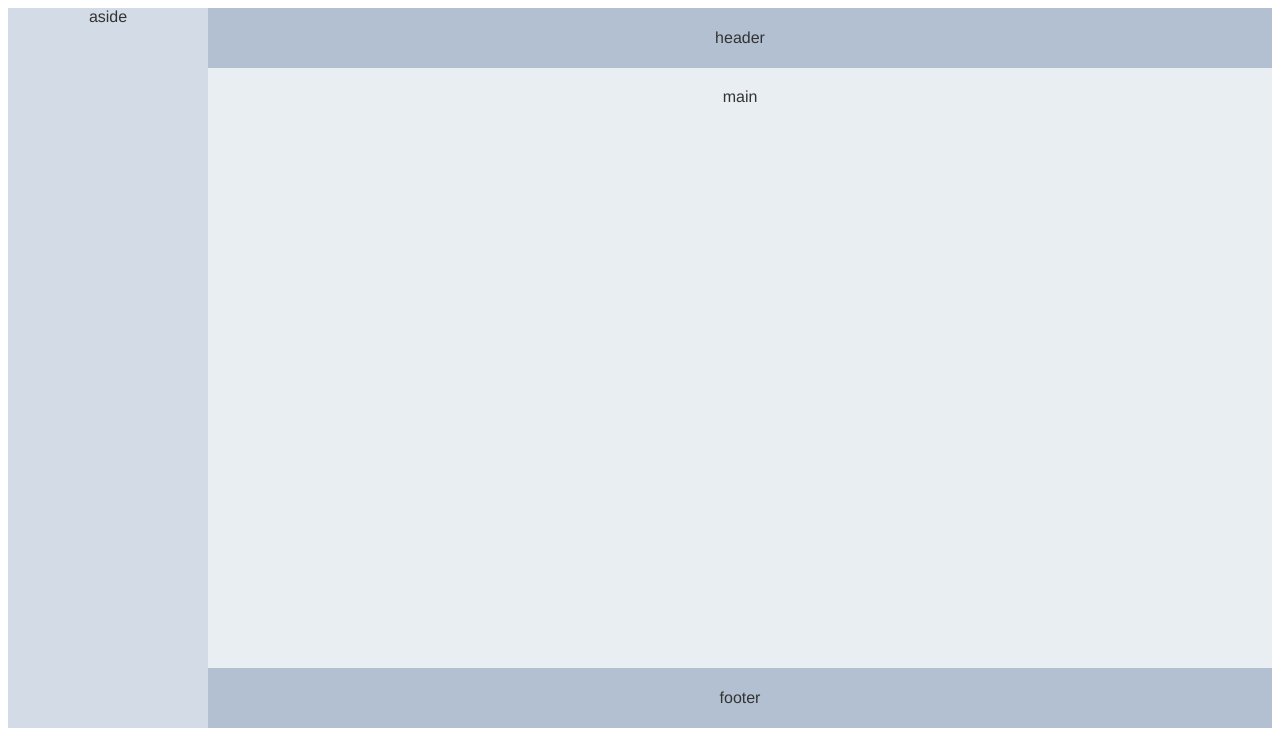
Repository: lagezhou888/element-vue2
Page: /#/button
An editor plug-in stored every save of this project. The page is shown before and after the next save, followed by the edit.
The browser window is 1280 px wide. The pictures show the whole page.
The project was rebuilt for these pictures with package versions that can differ from the ones it lists, and the page was loaded fresh each time. Also part of the build but not shown: src/components/HelloWorld.vue, src/views/Home.vue.

Above is the page before, as saved 2021-05-13 15:31:26.

### src/main.js
import Vue from 'vue'
import ElementUI from 'element-ui'
import 'element-ui/lib/theme-chalk/index.css'
import App from './App.vue'

// fade/zoom 等
import 'element-ui/lib/theme-chalk/base.css'
// collapse 展开折叠
import CollapseTransition from 'element-ui/lib/transitions/collapse-transition'

import router from './router'
import store from './store'
import '@/plugins/element.js'

Vue.component(CollapseTransition.name, CollapseTransition)
Vue.use(ElementUI, { size: 'small', zIndex: 3000 })
Vue.use(ElementUI)
Vue.config.productionTip = false

new Vue({
  router,
  store,
  render: h => h(App)
}).$mount('#app')

### src/App.vue
<template>
  <div id="app">
    <!-- <div id="nav">
      <router-link to="/">Home</router-link> |
      <router-link to="/about">About</router-link>
    </div> -->
    <router-view/>
  </div>
</template>

<style lang="less">
#app {
  font-family: Avenir, Helvetica, Arial, sans-serif;
  -webkit-font-smoothing: antialiased;
  -moz-osx-font-smoothing: grayscale;
  text-align: center;
  color: #2c3e50;
}

// #nav {
//   padding: 30px;

//   a {
//     font-weight: bold;
//     color: #2c3e50;

//     &.router-link-exact-active {
//       color: #42b983;
//     }
//   }
// }
</style>

### src/router/index.js
import Vue from 'vue'
import VueRouter from 'vue-router'
import Home from '../views/Home.vue'

Vue.use(VueRouter)

const routes = [
  {
    path: '/',
    name: 'Home',
    component: Home
  },
  {
    path: '/about',
    name: 'About',
    // route level code-splitting
    // this generates a separate chunk (about.[hash].js) for this route
    // which is lazy-loaded when the route is visited.
    component: () => import(/* webpackChunkName: "about" */ '../views/About.vue')
  },
  {
    path: '/button',
    name: 'button',
    component: () => import('../views/components/use-button.vue')
  }
]

const router = new VueRouter({
  routes
})

export default router

### src/plugins/element.js
import Vue from 'vue'
import {
  Pagination,
  Dialog,
  Autocomplete,
  Dropdown,
  DropdownMenu,
  DropdownItem,
  Menu,
  Submenu,
  MenuItem,
  MenuItemGroup,
  Input,
  InputNumber,
  Radio,
  RadioGroup,
  RadioButton,
  Checkbox,
  CheckboxButton,
  CheckboxGroup,
  Switch,
  Select,
  Option,
  OptionGroup,
  Button,
  ButtonGroup,
  Table,
  TableColumn,
  DatePicker,
  TimeSelect,
  TimePicker,
  Popover,
  Tooltip,
  Breadcrumb,
  BreadcrumbItem,
  Form,
  FormItem,
  Tabs,
  TabPane,
  Tag,
  Tree,
  Alert,
  Slider,
  Icon,
  Row,
  Col,
  Upload,
  Progress,
  Spinner,
  Badge,
  Card,
  Rate,
  Steps,
  Step,
  Carousel,
  CarouselItem,
  Collapse,
  CollapseItem,
  Cascader,
  ColorPicker,
  Transfer,
  Container,
  Header,
  Aside,
  Main,
  Footer,
  Timeline,
  TimelineItem,
  Link,
  Divider,
  Image,
  Calendar,
  Backtop,
  PageHeader,
  CascaderPanel,
  Loading,
  MessageBox,
  Message,
  Notification
} from 'element-ui'

Vue.use(Pagination)
Vue.use(Dialog)
Vue.use(Autocomplete)
Vue.use(Dropdown)
Vue.use(DropdownMenu)
Vue.use(DropdownItem)
Vue.use(Menu)
Vue.use(Submenu)
Vue.use(MenuItem)
Vue.use(MenuItemGroup)
Vue.use(Input)
Vue.use(InputNumber)
Vue.use(Radio)
Vue.use(RadioGroup)
Vue.use(RadioButton)
Vue.use(Checkbox)
Vue.use(CheckboxButton)
Vue.use(CheckboxGroup)
Vue.use(Switch)
Vue.use(Select)
Vue.use(Option)
Vue.use(OptionGroup)
Vue.use(Button)
Vue.use(ButtonGroup)
Vue.use(Table)
Vue.use(TableColumn)
Vue.use(DatePicker)
Vue.use(TimeSelect)
Vue.use(TimePicker)
Vue.use(Popover)
Vue.use(Tooltip)
Vue.use(Breadcrumb)
Vue.use(BreadcrumbItem)
Vue.use(Form)
Vue.use(FormItem)
Vue.use(Tabs)
Vue.use(TabPane)
Vue.use(Tag)
Vue.use(Tree)
Vue.use(Alert)
Vue.use(Slider)
Vue.use(Icon)
Vue.use(Row)
Vue.use(Col)
Vue.use(Upload)
Vue.use(Progress)
Vue.use(Spinner)
Vue.use(Badge)
Vue.use(Card)
Vue.use(Rate)
Vue.use(Steps)
Vue.use(Step)
Vue.use(Carousel)
Vue.use(CarouselItem)
Vue.use(Collapse)
Vue.use(CollapseItem)
Vue.use(Cascader)
Vue.use(ColorPicker)
Vue.use(Transfer)
Vue.use(Container)
Vue.use(Header)
Vue.use(Aside)
Vue.use(Main)
Vue.use(Footer)
Vue.use(Timeline)
Vue.use(TimelineItem)
Vue.use(Link)
Vue.use(Divider)
Vue.use(Image)
Vue.use(Calendar)
Vue.use(Backtop)
Vue.use(PageHeader)
Vue.use(CascaderPanel)

Vue.use(Loading.directive)

Vue.prototype.$loading = Loading.service
Vue.prototype.$msgbox = MessageBox
Vue.prototype.$alert = MessageBox.alert
Vue.prototype.$confirm = MessageBox.confirm
Vue.prototype.$prompt = MessageBox.prompt
Vue.prototype.$notify = Notification
Vue.prototype.$message = Message

### src/views/components/use-button.vue
<template>
  <div>
    <el-container>
      <el-aside width="200px">
          aside
      </el-aside>
      <el-container>
        <el-container>
          <el-header height="60">
            header
          </el-header>
          <el-main>
            main
          </el-main>
          <el-footer height="60">
            footer
          </el-footer>
        </el-container>
      </el-container>
    </el-container>
  </div>
</template>

<script>
export default {
  data () {
    return {
      list: [
        { name: '111', url: 'http://111' },
        { name: '111', url: 'http://111' }
      ]
    }
  },
  mounted () {
    console.log('old:' + JSON.stringify(this.list))
    this.list.forEach(element => {
      element.name += 'aaa'
    })
    console.log('new:' + JSON.stringify(this.list))
  }
}
</script>

<style lang="less" scoped>
  .el-header, .el-footer {
    background-color: #B3C0D1;
    color: #333;
    text-align: center;
    line-height: 60px;
  }

  .el-aside {
    background-color: #D3DCE6;
    color: #333;
    text-align: center;
  }

  .el-main {
    background-color: #E9EEF3;
    color: #333;
    text-align: center;
    height: calc(100vh - 120px)
  }
  .el-container:nth-child(5) .el-aside,
  .el-container:nth-child(6) .el-aside {
    line-height: 260px;
  }

  .el-container:nth-child(7) .el-aside {
    line-height: 320px;
  }
</style>

Loaded but not shown: public/index.html (common file); src/store/index.js (common file)

After the next save:
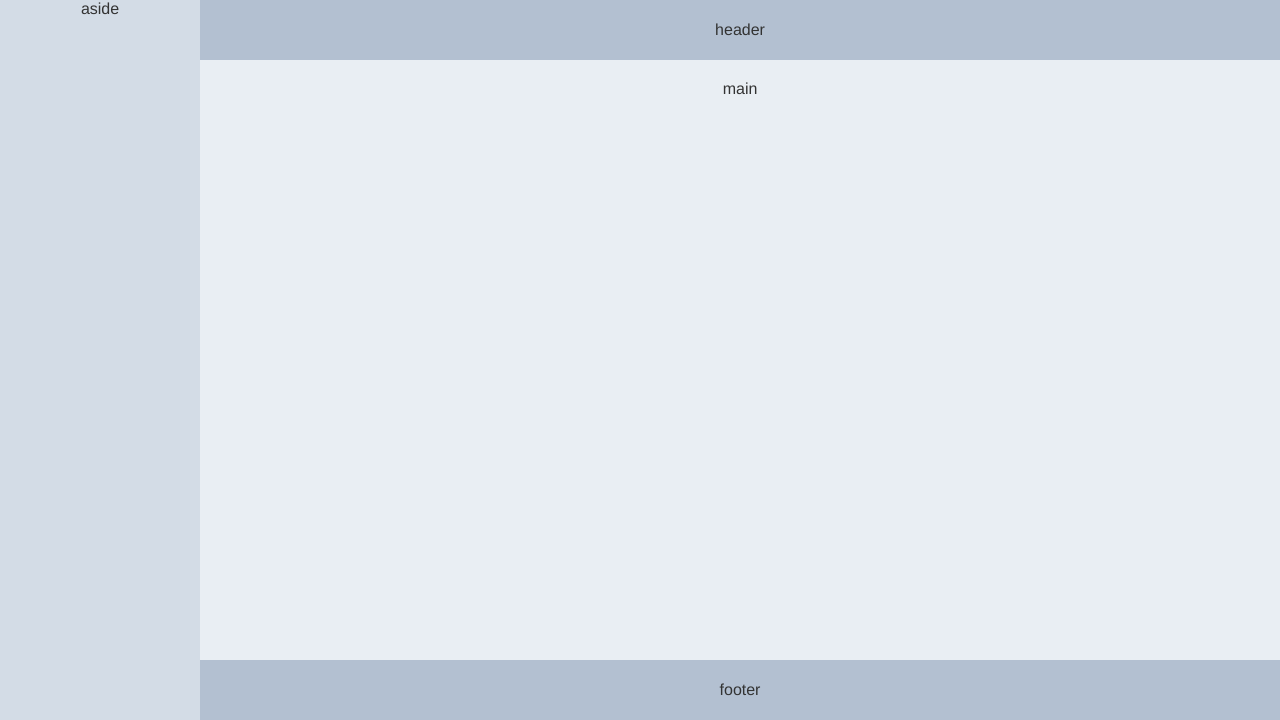
Saved 61 s later.
--- a/src/App.vue
+++ b/src/App.vue
@@ -16,7 +16,10 @@
   text-align: center;
   color: #2c3e50;
 }
-
+html,body {
+  padding: 0;
+  margin: 0;
+}
 // #nav {
 //   padding: 30px;
 
